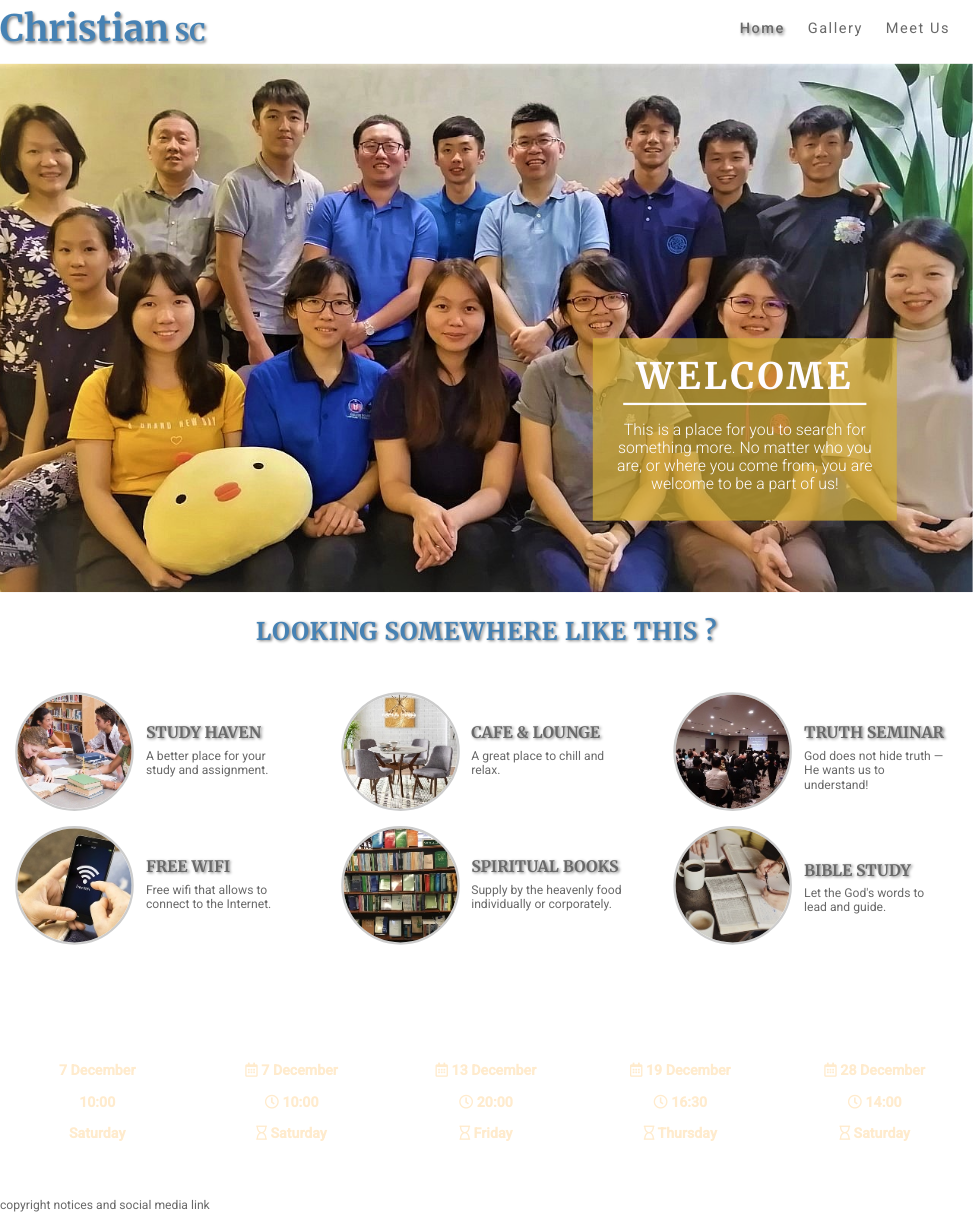
Repository: kongteckmee/christian-sc
Page: index.html
The author's editor kept a record of every edit. The page is drawn from the files as they stood at one moment, then again after the next edit.
The browser window is 1280 px wide. The pictures show the whole page, at 76% of full size.
Some web libraries are served in a nearby version.

Above is the page before.

### index.html
<!DOCTYPE html>
<html lang="en">
<head>
    <meta charset="UTF-8">
    <meta name="viewport" content="width=device-width, initial-scale=1.0">
    <meta http-equiv="X-UA-Compatible" content="ie=edge">
    <link rel="stylesheet" href="https://use.fontawesome.com/releases/v5.1.1/css/all.css" integrity="sha384-O8whS3fhG2OnA5Kas0Y9l3cfpmYjapjI0E4theH4iuMD+pLhbf6JI0jIMfYcK3yZ" crossorigin="anonymous">
    <link rel="stylesheet" href="assets/css/style.css" type="text/css" />
    <title>Christian Student Center</title>
</head>
<body>
    <header>
        <a id="logo" href="index.html">
            <h2><span style="font-size: 150%">Christian</span> SC</h2>
        </a>
        <nav>
            <ul id="scmenu">
                <li>
                    <a href="#">Meet Us</a>
                </li>
                <li>
                    <a href="#">Gallery</a>
                </li>
                <li>
                    <a class="scactive" href="index.html">Home</a>
                </li>
            </ul>
        </nav>
    </header>
    <section id="scmeetingrange">
        <div id="scmeeting"></div>
        <div id="welcome-text">
            <h1>Welcome</h1>
            <hr>
            <h3>This is a place for you to search for something more. No matter who you are, or where you come from, you are welcome to be a part of us!</h2>
        </div>
    </section>
    <section id="about">
        <h1>Looking Somewhere Like This ?</h1>
        <div id="left">
            <div class="left-right-side">
                <h2>Study Haven</h2>
                <br>
                <p>A better place for your study and assignment.</p>
            </div>
            <div id="container">
                <div id="contain-study"></div>
            </div>
            <div class="left-right-side">
                <h2>Free Wifi</h2>
                <br>
                <p>Free wifi that allows to connect to the Internet.</p>
            </div>
            <div id="container">
                <div id="contain-wifi"></div>
            </div>
        </div>
        <div id="right">
            <div class="left-right-side">
                <h2>Truth Seminar</h2>
                <br>
                <p>God does not hide truth — He wants us to understand!</p>
            </div>
            <div id="container">
                <div id="contain-seminar"></div>
            </div>
            <div class="left-right-side">
                <h2>Bible Study</h2>
                <br>
                <p>Let the God's words to lead and guide.</p>
            </div>
            <div id="container">
                <div id="contain-bible"></div>
            </div>
        </div>
        <div id="center">
            <div class="middle">
                <h2>Cafe & Lounge</h2>
                <br>
                <p>A great place to chill and relax.</p>
            </div>
            <div id="container">
                <div id="contain-cafe"></div>
            </div>
            <div class="middle">
                <h2>Spiritual Books</h2>
                <br>
                <p>Supply by the heavenly food individually or corporately.</p>
            </div>
            <div id="container">
                <div id="contain-books"></div>
            </div>
        </div>
    </section>
    <section id="event">
        <div class="announce">
            <h2>Cooking Class</h2>
            <h3>7 December</h3>
            <h3>10:00</h3>
            <h3>Saturday</h3>
        </div>
        <div class="">
            <h2>Cooking Class <i class="fas fa-utensils"></i></h2>
            <h3><i class="far fa-calendar-alt"></i> 7 December</h3>
            <h3><i class="far fa-clock"></i> 10:00</h3>
            <h3><i class="far fa-hourglass"></i> Saturday</h3>
        </div>
        <div>
            <h2>Truth Seminar <i class="fas fa-chalkboard-teacher"></i></h2>
            <h3><i class="far fa-calendar-alt"></i> 13 December</h3>
            <h3><i class="far fa-clock"></i> 20:00</h3>
            <h3><i class="far fa-hourglass"></i> Friday</h3>
        </div>
        <div>
            <h2>Soft Skill <i class="fas fa-lightbulb"></i></h2>
            <h3><i class="far fa-calendar-alt"></i> 19 December</h3>
            <h3><i class="far fa-clock"></i> 16:30</h3>
            <h3><i class="far fa-hourglass"></i> Thursday</h3>
        </div>
        <div>
            <h2>Guitar Class <i class="fas fa-music"></i></h2>
            <h3><i class="far fa-calendar-alt"></i> 28 December</h3>
            <h3><i class="far fa-clock"></i> 14:00</h3>
            <h3><i class="far fa-hourglass"></i> Saturday</h3>
        </div>
    </section>
    <footer>
        copyright notices and social media link
    </footer>
</body>
</html>

### assets/css/style.css
@import url('https://fonts.googleapis.com/css?family=Merriweather:500,600,700|Roboto:300,400,500');

* {
    margin: 0;
    padding: 0;
    border: 0;
}

body {
    font-family: 'Roboto', sans-serif;
    color: #696969; /*Grey color */
}

/* ------------------------------------------------------ Header */

#logo {
    float: left;
    text-decoration: none;
}

#logo h2 {
    font-family: 'Merriweather', serif;
    font-size: 200%;
    color: #4682b4; /* Steel Blue color */
    text-shadow: 2px 2px 4px #808080;
}

#scmenu {
    font-size: 120%;
    list-style-type: none;
    letter-spacing: 2px;
}

#logo, #scmenu {
    line-height: 75px;
}

#scmenu li {
    float: right;
    margin-right: 30px;
}

#scmenu a {
    text-decoration: none;
    color: inherit;
}

#scmenu a:hover {
    color: #4682b4; /* Steel Blue color */
    font-weight: 500;
    text-shadow: 2px 2px 4px #808080;
}

.scactive {
    font-weight: 500;
    text-shadow: 2px 2px 4px #808080;
}

/* ------------------------------------------------------ Section: Welcome */

#scmeeting {
    height: 700px;
    width: 100%;
    background: url("../img/meeting-t.jpg") no-repeat center center;
}

#scmeetingrange {
    height: 700px;
    width: 100%;
    overflow: hidden;
}

#welcome-text {
    width: 400px;
    height: 220px;
    color: #fefcff; /* Milky white */
    background-color: rgba(212,175,55,.7);
    padding-top:20px;
    bottom: 35px; /* Fixed the welcome text box-bottom */
    right: 100px; /* Fixed the welcome text box-right */
    position: absolute;
}

#welcome-text h1 {
    margin-bottom: 5px;
    font-size: 300%;
    font-family: 'Merriweather', serif;
    text-transform: uppercase;
    text-align: center;
    letter-spacing: 4px;
}

hr {
    width: 80%;
    height: 3px;
    margin-left: auto;
    margin-right: auto;
    background-color:#fefcff; /* Milky white */
}

#welcome-text h3 {
    margin: 20px;
    font-size: 130%;
    font-weight: 300;
    text-align: center;
}

/* ------------------------------------------------------ Section: About */

#about {
    height: 500px;
}

#about h1 {
    margin-top: 30px;
    margin-bottom: 30px;
    font-family: 'Merriweather', serif;
    color: #4682b4; /* Steel Blue color */
    text-transform: uppercase;
    text-align: center;
    text-shadow: 2px 2px 4px #808080;
    font-size: 200%;
    letter-spacing: 1px;
}

#about h2 {
    font-family: 'Merriweather', serif;
    font-size: 130%;
    text-transform: uppercase;
    text-shadow: 2px 2px 4px #808080;
}

#left {
    margin-right: 30px;
    padding-top: 30px;
    width: 30%;
    float: left;
}

#right {
    margin-right: 30px;
    padding-top: 30px;
    width: 30%;
    float: right;
}

#center {
    padding-top: 30px;
    width: 33%;
    margin: 0 auto; /* center the div */
}

br {
    display: block;
    content: "";
    margin: 2em;
    font-size: 24%; /* spacing */
}

.left-right-side {
    width: 50%;
    float: right;
    padding-top: 40px;
    clear: both;
    margin-left: 20px;
    margin-bottom: 50px;
}

.middle {
    width: 50%;
    float: right;
    padding-top: 40px;
    margin-right: 20px;
}

#container {
    width: 150px;
    height: 150px;
    border: 3px solid #cccccc;
    border-radius: 50%;
    margin-left: 20px;
    margin-bottom: 20px;
}

#contain-study {
    background: url("../img/study-group.jpg") no-repeat center center;
    height: 100%;
    border-radius: 50%;
}

#contain-wifi {
    background: url("../img/free-wifi.jpg") no-repeat center center;
    height: 100%;
    border-radius: 50%;
}

#contain-seminar {
    background: url("../img/truth-seminar.jpg") no-repeat center center;
    height: 100%;
    border-radius: 50%;
}

#contain-bible {
    background: url("../img/bible-study.jpg") no-repeat center center;
    height: 100%;
    border-radius: 50%;
}

#contain-cafe {
    background: url("../img/cafe.jpg") no-repeat center center;
    height: 100%;
    border-radius: 50%;
}

#contain-books {
    background: url("../img/spiritual-book.jpg") no-repeat center center;
    height: 100%;
    border-radius: 50%;
}

/* ------------------------------------------------------ Section: Event */

#event {
    height: 250px;
    /*background-color: #a9a9a9;*/
}

#event div {
    color: #ffebcd;
    width: 19.2%;
    height: 90%;
    float: left;
    padding-top: 30px;
    text-align: center;
    margin: 5px;
}

#event h2 {
    color: #ffffff;
    font-family: 'Merriweather', serif;
    margin-bottom: 20px;
}

#event h3 {
    margin-top: 20px;
}

.grey {
    background-color: rgba(105,105,105,.8);
}

.black h2 {

}

.green {
    background-color: rgba(102,102,0,.8);
}

/* ------------------------------------------------------ Footer */

After the next edit:
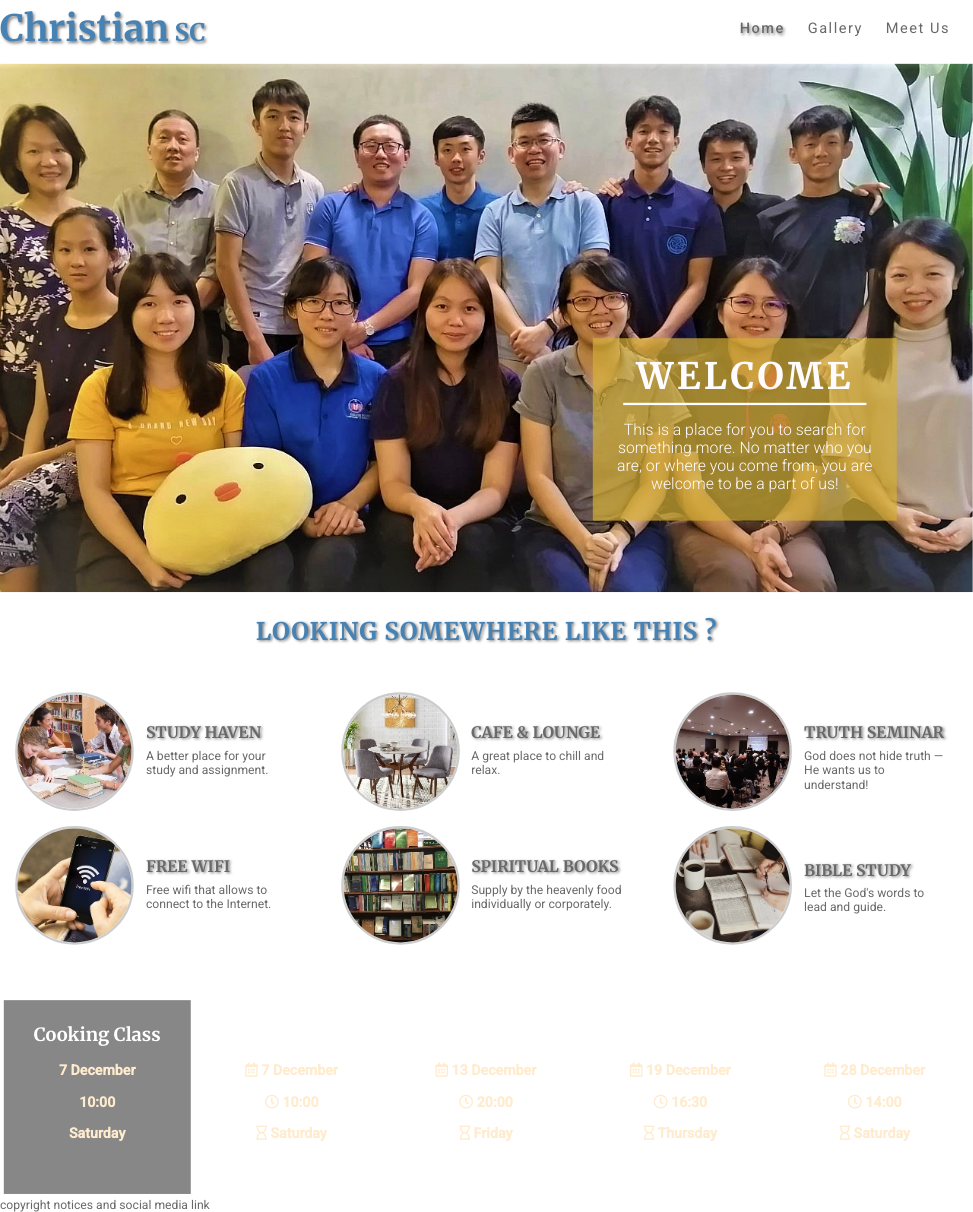
The edit:
--- a/index.html
+++ b/index.html
@@ -93,7 +93,7 @@
         </div>
     </section>
     <section id="event">
-        <div class="announce">
+        <div class="grey">
             <h2>Cooking Class</h2>
             <h3>7 December</h3>
             <h3>10:00</h3>
